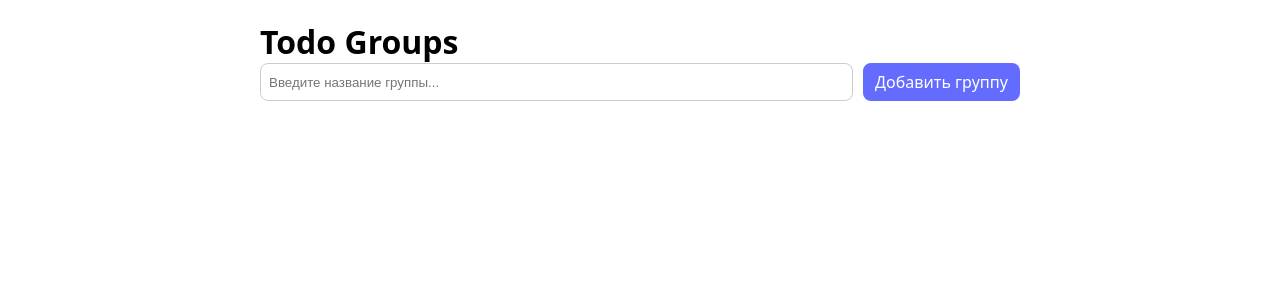
Repository: Burnmyheart/todo-app
Page: /
An editor plug-in stored every save of this project. The page is shown before and after the next save, followed by the edit.
The browser window is 1280 px wide. The pictures show the whole page.
The project was rebuilt for these pictures with package versions that can differ from the ones it lists, and the page was loaded fresh each time. Also part of the build but not shown: vite.config.ts, src/components/TodoItem/TodoItem.tsx, src/components/TodoList/TodoList.tsx.

Above is the page before, as saved 2025-09-17 11:44:57.

After the next save:
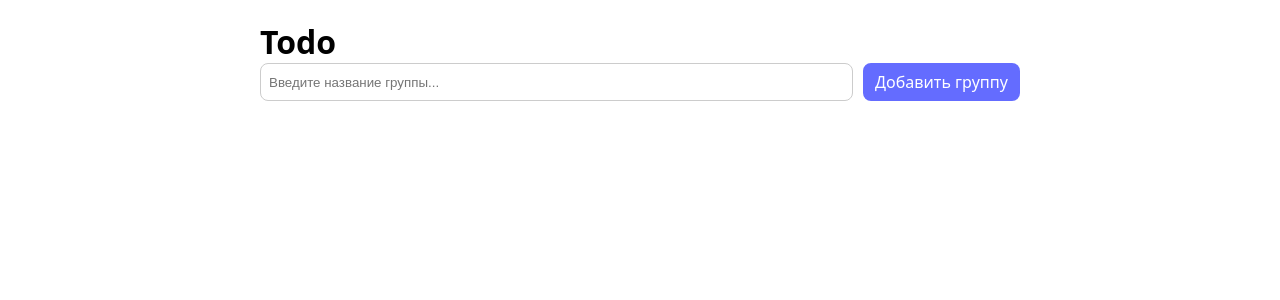
Saved 43 s later.
--- a/src/App.tsx
+++ b/src/App.tsx
@@ -33,7 +33,7 @@ const App: React.FC = () => {
 
   return (
     <div style={{ padding: "20px", maxWidth: "800px", margin: "0 auto" }}>
-      <h1>Todo Groups</h1>
+      <h1>Todo</h1>
       <AddTodo onAdd={addGroup} />
       {groups.map((group) => (
         <TodoList key={group.id} group={group} onUpdateGroup={updateGroup} />
